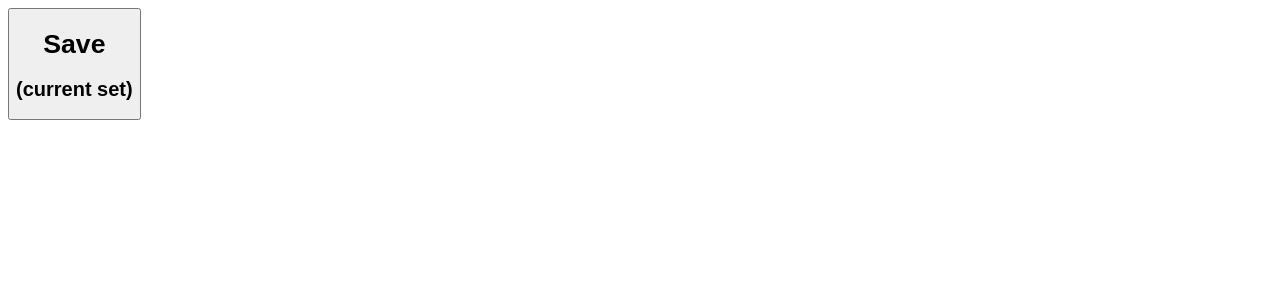
Repository: pixman92/GitTab
Page: popup.html
The author's editor kept a copy of each file at every save. The page is drawn from the files as they stood at one save, then again after the next save.
The browser window is 1280 px wide. The pictures show the whole page.

Above is the page before, as saved 2020-01-24 13:33:13.

After the next save:
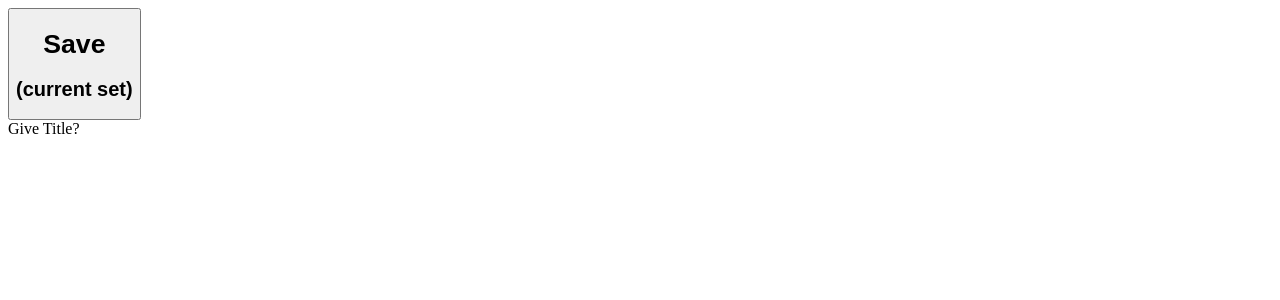
Saved 9 s later.
--- a/popup.html
+++ b/popup.html
@@ -23,7 +23,9 @@ showing the different commands -->
 
                 <h1>Save</h1><h2>(current set)</h2>
             </span></button>
-
+            <div>
+                Give Title?
+            </div>
         </div>
 
 </body>
